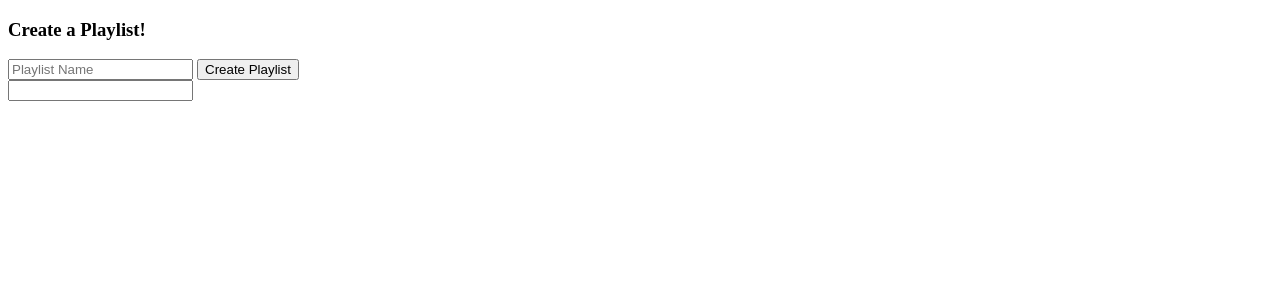
Repository: randysteele/tunify
Page: tunify-frontend/index.html
The author's editor kept a copy of each file at every save. The page is drawn from the files as they stood at one save, then again after the next save.
The browser window is 1280 px wide. The pictures show the whole page.
The page's requests for data from a server got no answer.

Above is the page before, as saved 2020-06-10 14:34:38.

After the next save:
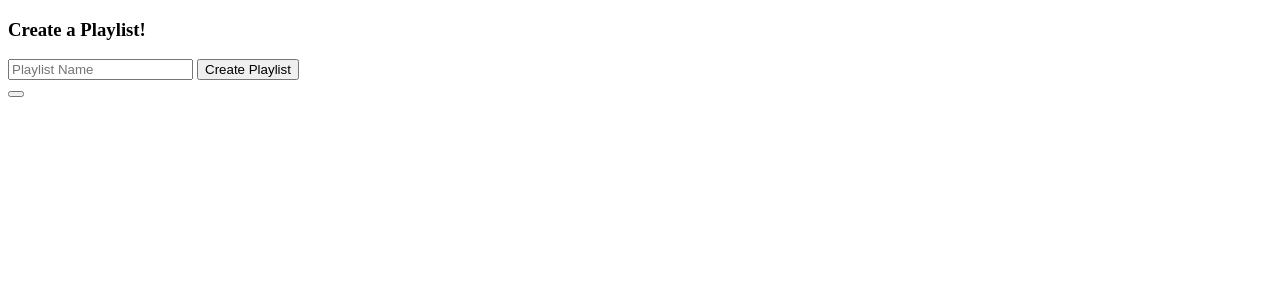
Saved 48 s later.
--- a/tunify-frontend/index.html
+++ b/tunify-frontend/index.html
@@ -37,7 +37,7 @@
       </div>
        <div id = "song-container">
         <form>
-       <input id="add-button.playlist.id" type="click" name="click" value ="  "></form></input>
+       <BUTTON id="add-button.playlist.id" type="click" name="click" value ="  "></form></BUTTON>
       </form>
 <script>
   function addSongsToPlaylist(e){
